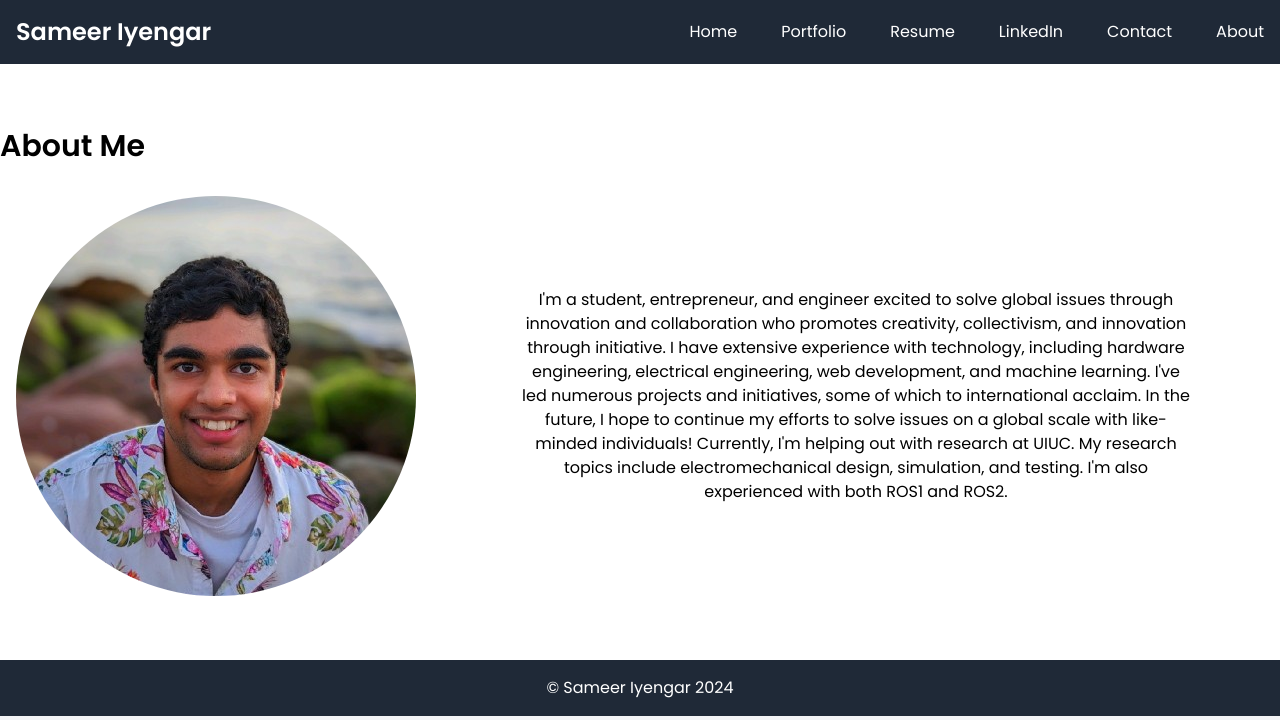
Repository: siyengar04/siyengar04.github.io
Page: about.html
The author's editor kept a copy of each file at every save. The page is drawn from the files as they stood at one save, then again after the next save.
The browser window is 1280 px wide. The pictures show the whole page.
Some web libraries are served in a nearby version.

Above is the page before, as saved 2024-11-01 13:47:37.

### about.html
<!DOCTYPE html>
<html lang="en">

<head>
    <meta charset="UTF-8">
    <meta name="viewport" content="width=device-width, initial-scale=1.0">
    <title>Photography Portfolio</title>
    <script src="https://cdn.tailwindcss.com"></script>
    <link href="/src/output.css" rel="stylesheet">
    <link href="https://fonts.googleapis.com/css2?family=Poppins:wght@300;400;600&display=swap" rel="stylesheet">
    <style>
        body {
            font-family: 'Poppins', sans-serif;
        }
    </style>
</head>

<body class="bg-gray-100">
    <header class="bg-gray-800 text-white py-4">
        <div class="container mx-auto flex justify-between items-center px-4">
            <h1 class="text-2xl font-semibold">Sameer Iyengar</h1>
            <div class="md:hidden">
                <button id="nav-toggle" class="text-white focus:outline-none">
                    <svg xmlns="http://www.w3.org/2000/svg" class="h-6 w-6" fill="none" viewBox="0 0 24 24" stroke="currentColor">
                        <path stroke-linecap="round" stroke-linejoin="round" stroke-width="2" d="M4 6h16M4 12h16m-7 6h7" />
                    </svg>
                </button>
            </div>
            <nav id="nav-menu" class="hidden md:flex md:space-x-6">
                <ul class="flex flex-col md:flex-row space-y-4 md:space-y-0 md:space-x-6">
                    <li><a href="index.html" class="hover:text-gray-400">Home</a></li>
                    <li><a href="/portfolio.html" class="hover:text-gray-400">Portfolio</a></li>
                    <li><a href="/resume.html" class="hover:text-gray-400">Resume</a></li>
                    <li><a href="https://www.linkedin.com/in/sameer-iyengar/" class="hover:text-gray-400">LinkedIn</a></li>
                    <li><a href="/contact.html" class="hover:text-gray-400">Contact</a></li>
                    <li><a href="/about.html" class="hover:text-gray-400">About</a></li>
                </ul>
            </nav>
        </div>
    </header>
    <section id="about" class="about py-16 bg-white">
        <h2 class="text-3xl font-bold mb-8">About Me</h2>

        <div class="container mx-auto px-4 flex flex-col md:flex-row items-center">
            <img src="/images/profile.jpg" alt="Profile Picture" class="w-100 h-100 rounded-full mb-8 md:mb-0 md:mr-8">
            <div class="text-center md:text-left md:flex-1">
                <p class="text-center max-w-2xl mx-auto">I'm a student, entrepreneur, and engineer excited to solve global issues through innovation and collaboration who promotes creativity, collectivism, and innovation through initiative. I have extensive experience with technology, including hardware engineering, electrical engineering, web development, and machine learning. I've led numerous projects and initiatives, some of which to international acclaim. In the future, I hope to continue my efforts to solve issues on a global scale with like-minded individuals! Currently, I'm helping out with research at UIUC. My research topics include electromechanical design, simulation, and testing. I'm also experienced with both ROS1 and ROS2. </p>
            </div>
        </div>
    </section>


    <footer class="bg-gray-800 text-white text-center py-4">
        <div class="container mx-auto">
            <p>&copy; Sameer Iyengar 2024</p>
        </div>
    </footer>

    <script>
        const navToggle = document.getElementById('nav-toggle');
        const navMenu = document.getElementById('nav-menu');

        navToggle.addEventListener('click', () => {
            navMenu.classList.toggle('hidden');
        });
    </script>
</body>

</html>

### src/output.css
*, ::before, ::after {
  --tw-border-spacing-x: 0;
  --tw-border-spacing-y: 0;
  --tw-translate-x: 0;
  --tw-translate-y: 0;
  --tw-rotate: 0;
  --tw-skew-x: 0;
  --tw-skew-y: 0;
  --tw-scale-x: 1;
  --tw-scale-y: 1;
  --tw-pan-x:  ;
  --tw-pan-y:  ;
  --tw-pinch-zoom:  ;
  --tw-scroll-snap-strictness: proximity;
  --tw-gradient-from-position:  ;
  --tw-gradient-via-position:  ;
  --tw-gradient-to-position:  ;
  --tw-ordinal:  ;
  --tw-slashed-zero:  ;
  --tw-numeric-figure:  ;
  --tw-numeric-spacing:  ;
  --tw-numeric-fraction:  ;
  --tw-ring-inset:  ;
  --tw-ring-offset-width: 0px;
  --tw-ring-offset-color: #fff;
  --tw-ring-color: rgb(59 130 246 / 0.5);
  --tw-ring-offset-shadow: 0 0 #0000;
  --tw-ring-shadow: 0 0 #0000;
  --tw-shadow: 0 0 #0000;
  --tw-shadow-colored: 0 0 #0000;
  --tw-blur:  ;
  --tw-brightness:  ;
  --tw-contrast:  ;
  --tw-grayscale:  ;
  --tw-hue-rotate:  ;
  --tw-invert:  ;
  --tw-saturate:  ;
  --tw-sepia:  ;
  --tw-drop-shadow:  ;
  --tw-backdrop-blur:  ;
  --tw-backdrop-brightness:  ;
  --tw-backdrop-contrast:  ;
  --tw-backdrop-grayscale:  ;
  --tw-backdrop-hue-rotate:  ;
  --tw-backdrop-invert:  ;
  --tw-backdrop-opacity:  ;
  --tw-backdrop-saturate:  ;
  --tw-backdrop-sepia:  ;
  --tw-contain-size:  ;
  --tw-contain-layout:  ;
  --tw-contain-paint:  ;
  --tw-contain-style:  ;
}

::backdrop {
  --tw-border-spacing-x: 0;
  --tw-border-spacing-y: 0;
  --tw-translate-x: 0;
  --tw-translate-y: 0;
  --tw-rotate: 0;
  --tw-skew-x: 0;
  --tw-skew-y: 0;
  --tw-scale-x: 1;
  --tw-scale-y: 1;
  --tw-pan-x:  ;
  --tw-pan-y:  ;
  --tw-pinch-zoom:  ;
  --tw-scroll-snap-strictness: proximity;
  --tw-gradient-from-position:  ;
  --tw-gradient-via-position:  ;
  --tw-gradient-to-position:  ;
  --tw-ordinal:  ;
  --tw-slashed-zero:  ;
  --tw-numeric-figure:  ;
  --tw-numeric-spacing:  ;
  --tw-numeric-fraction:  ;
  --tw-ring-inset:  ;
  --tw-ring-offset-width: 0px;
  --tw-ring-offset-color: #fff;
  --tw-ring-color: rgb(59 130 246 / 0.5);
  --tw-ring-offset-shadow: 0 0 #0000;
  --tw-ring-shadow: 0 0 #0000;
  --tw-shadow: 0 0 #0000;
  --tw-shadow-colored: 0 0 #0000;
  --tw-blur:  ;
  --tw-brightness:  ;
  --tw-contrast:  ;
  --tw-grayscale:  ;
  --tw-hue-rotate:  ;
  --tw-invert:  ;
  --tw-saturate:  ;
  --tw-sepia:  ;
  --tw-drop-shadow:  ;
  --tw-backdrop-blur:  ;
  --tw-backdrop-brightness:  ;
  --tw-backdrop-contrast:  ;
  --tw-backdrop-grayscale:  ;
  --tw-backdrop-hue-rotate:  ;
  --tw-backdrop-invert:  ;
  --tw-backdrop-opacity:  ;
  --tw-backdrop-saturate:  ;
  --tw-backdrop-sepia:  ;
  --tw-contain-size:  ;
  --tw-contain-layout:  ;
  --tw-contain-paint:  ;
  --tw-contain-style:  ;
}

/*
! tailwindcss v3.4.14 | MIT License | https://tailwindcss.com
*/

/*
1. Prevent padding and border from affecting element width. (https://github.com/mozdevs/cssremedy/issues/4)
2. Allow adding a border to an element by just adding a border-width. (https://github.com/tailwindcss/tailwindcss/pull/116)
*/

*,
::before,
::after {
  box-sizing: border-box;
  /* 1 */
  border-width: 0;
  /* 2 */
  border-style: solid;
  /* 2 */
  border-color: #e5e7eb;
  /* 2 */
}

::before,
::after {
  --tw-content: '';
}

/*
1. Use a consistent sensible line-height in all browsers.
2. Prevent adjustments of font size after orientation changes in iOS.
3. Use a more readable tab size.
4. Use the user's configured `sans` font-family by default.
5. Use the user's configured `sans` font-feature-settings by default.
6. Use the user's configured `sans` font-variation-settings by default.
7. Disable tap highlights on iOS
*/

html,
:host {
  line-height: 1.5;
  /* 1 */
  -webkit-text-size-adjust: 100%;
  /* 2 */
  -moz-tab-size: 4;
  /* 3 */
  -o-tab-size: 4;
     tab-size: 4;
  /* 3 */
  font-family: ui-sans-serif, system-ui, sans-serif, "Apple Color Emoji", "Segoe UI Emoji", "Segoe UI Symbol", "Noto Color Emoji";
  /* 4 */
  font-feature-settings: normal;
  /* 5 */
  font-variation-settings: normal;
  /* 6 */
  -webkit-tap-highlight-color: transparent;
  /* 7 */
}

/*
1. Remove the margin in all browsers.
2. Inherit line-height from `html` so users can set them as a class directly on the `html` element.
*/

body {
  margin: 0;
  /* 1 */
  line-height: inherit;
  /* 2 */
}

/*
1. Add the correct height in Firefox.
2. Correct the inheritance of border color in Firefox. (https://bugzilla.mozilla.org/show_bug.cgi?id=190655)
3. Ensure horizontal rules are visible by default.
*/

hr {
  height: 0;
  /* 1 */
  color: inherit;
  /* 2 */
  border-top-width: 1px;
  /* 3 */
}

/*
Add the correct text decoration in Chrome, Edge, and Safari.
*/

abbr:where([title]) {
  -webkit-text-decoration: underline dotted;
          text-decoration: underline dotted;
}

/*
Remove the default font size and weight for headings.
*/

h1,
h2,
h3,
h4,
h5,
h6 {
  font-size: inherit;
  font-weight: inherit;
}

/*
Reset links to optimize for opt-in styling instead of opt-out.
*/

a {
  color: inherit;
  text-decoration: inherit;
}

/*
Add the correct font weight in Edge and Safari.
*/

b,
strong {
  font-weight: bolder;
}

/*
1. Use the user's configured `mono` font-family by default.
2. Use the user's configured `mono` font-feature-settings by default.
3. Use the user's configured `mono` font-variation-settings by default.
4. Correct the odd `em` font sizing in all browsers.
*/

code,
kbd,
samp,
pre {
  font-family: ui-monospace, SFMono-Regular, Menlo, Monaco, Consolas, "Liberation Mono", "Courier New", monospace;
  /* 1 */
  font-feature-settings: normal;
  /* 2 */
  font-variation-settings: normal;
  /* 3 */
  font-size: 1em;
  /* 4 */
}

/*
Add the correct font size in all browsers.
*/

small {
  font-size: 80%;
}

/*
Prevent `sub` and `sup` elements from affecting the line height in all browsers.
*/

sub,
sup {
  font-size: 75%;
  line-height: 0;
  position: relative;
  vertical-align: baseline;
}

sub {
  bottom: -0.25em;
}

sup {
  top: -0.5em;
}

/*
1. Remove text indentation from table contents in Chrome and Safari. (https://bugs.chromium.org/p/chromium/issues/detail?id=999088, https://bugs.webkit.org/show_bug.cgi?id=201297)
2. Correct table border color inheritance in all Chrome and Safari. (https://bugs.chromium.org/p/chromium/issues/detail?id=935729, https://bugs.webkit.org/show_bug.cgi?id=195016)
3. Remove gaps between table borders by default.
*/

table {
  text-indent: 0;
  /* 1 */
  border-color: inherit;
  /* 2 */
  border-collapse: collapse;
  /* 3 */
}

/*
1. Change the font styles in all browsers.
2. Remove the margin in Firefox and Safari.
3. Remove default padding in all browsers.
*/

button,
input,
optgroup,
select,
textarea {
  font-family: inherit;
  /* 1 */
  font-feature-settings: inherit;
  /* 1 */
  font-variation-settings: inherit;
  /* 1 */
  font-size: 100%;
  /* 1 */
  font-weight: inherit;
  /* 1 */
  line-height: inherit;
  /* 1 */
  letter-spacing: inherit;
  /* 1 */
  color: inherit;
  /* 1 */
  margin: 0;
  /* 2 */
  padding: 0;
  /* 3 */
}

/*
Remove the inheritance of text transform in Edge and Firefox.
*/

button,
select {
  text-transform: none;
}

/*
1. Correct the inability to style clickable types in iOS and Safari.
2. Remove default button styles.
*/

button,
input:where([type='button']),
input:where([type='reset']),
input:where([type='submit']) {
  -webkit-appearance: button;
  /* 1 */
  background-color: transparent;
  /* 2 */
  background-image: none;
  /* 2 */
}

/*
Use the modern Firefox focus style for all focusable elements.
*/

:-moz-focusring {
  outline: auto;
}

/*
Remove the additional `:invalid` styles in Firefox. (https://github.com/mozilla/gecko-dev/blob/2f9eacd9d3d995c937b4251a5557d95d494c9be1/layout/style/res/forms.css#L728-L737)
*/

:-moz-ui-invalid {
  box-shadow: none;
}

/*
Add the correct vertical alignment in Chrome and Firefox.
*/

progress {
  vertical-align: baseline;
}

/*
Correct the cursor style of increment and decrement buttons in Safari.
*/

::-webkit-inner-spin-button,
::-webkit-outer-spin-button {
  height: auto;
}

/*
1. Correct the odd appearance in Chrome and Safari.
2. Correct the outline style in Safari.
*/

[type='search'] {
  -webkit-appearance: textfield;
  /* 1 */
  outline-offset: -2px;
  /* 2 */
}

/*
Remove the inner padding in Chrome and Safari on macOS.
*/

::-webkit-search-decoration {
  -webkit-appearance: none;
}

/*
1. Correct the inability to style clickable types in iOS and Safari.
2. Change font properties to `inherit` in Safari.
*/

::-webkit-file-upload-button {
  -webkit-appearance: button;
  /* 1 */
  font: inherit;
  /* 2 */
}

/*
Add the correct display in Chrome and Safari.
*/

summary {
  display: list-item;
}

/*
Removes the default spacing and border for appropriate elements.
*/

blockquote,
dl,
dd,
h1,
h2,
h3,
h4,
h5,
h6,
hr,
figure,
p,
pre {
  margin: 0;
}

fieldset {
  margin: 0;
  padding: 0;
}

legend {
  padding: 0;
}

ol,
ul,
menu {
  list-style: none;
  margin: 0;
  padding: 0;
}

/*
Reset default styling for dialogs.
*/

dialog {
  padding: 0;
}

/*
Prevent resizing textareas horizontally by default.
*/

textarea {
  resize: vertical;
}

/*
1. Reset the default placeholder opacity in Firefox. (https://github.com/tailwindlabs/tailwindcss/issues/3300)
2. Set the default placeholder color to the user's configured gray 400 color.
*/

input::-moz-placeholder, textarea::-moz-placeholder {
  opacity: 1;
  /* 1 */
  color: #9ca3af;
  /* 2 */
}

input::placeholder,
textarea::placeholder {
  opacity: 1;
  /* 1 */
  color: #9ca3af;
  /* 2 */
}

/*
Set the default cursor for buttons.
*/

button,
[role="button"] {
  cursor: pointer;
}

/*
Make sure disabled buttons don't get the pointer cursor.
*/

:disabled {
  cursor: default;
}

/*
1. Make replaced elements `display: block` by default. (https://github.com/mozdevs/cssremedy/issues/14)
2. Add `vertical-align: middle` to align replaced elements more sensibly by default. (https://github.com/jensimmons/cssremedy/issues/14#issuecomment-634934210)
   This can trigger a poorly considered lint error in some tools but is included by design.
*/

img,
svg,
video,
canvas,
audio,
iframe,
embed,
object {
  display: block;
  /* 1 */
  vertical-align: middle;
  /* 2 */
}

/*
Constrain images and videos to the parent width and preserve their intrinsic aspect ratio. (https://github.com/mozdevs/cssremedy/issues/14)
*/

img,
video {
  max-width: 100%;
  height: auto;
}

/* Make elements with the HTML hidden attribute stay hidden by default */

[hidden]:where(:not([hidden="until-found"])) {
  display: none;
}

body {
  font-family: 'Poppins', sans-serif;
  margin: 0;
  padding: 0;
  box-sizing: border-box;
}

header {
  background-color: #333;
  padding: 20px 0;
  color: #fff;
}

header nav ul {
  display: flex;
  list-style-type: none;
  gap: 20px;
}

header nav ul li a {
  color: #fff;
  text-decoration: none;
}

.hero {
  background: url('images/hero.jpg') no-repeat center center/cover;
  height: 80vh;
  display: flex;
  align-items: center;
  justify-content: center;
  color: #fff;
  text-align: center;
}

.portfolio {
  padding: 40px 0;
}

.gallery {
  display: grid;
  grid-template-columns: repeat(auto-fit, minmax(200px, 1fr));
  gap: 20px;
}

.gallery img {
  width: 100%;
  height: auto;
}

.contact-btn {
  background-color: #333;
  color: #fff;
  padding: 10px 20px;
  text-decoration: none;
  border-radius: 5px;
}

footer {
  background-color: #333;
  color: #fff;
  text-align: center;
  padding: 10px 0;
}

After the next save:
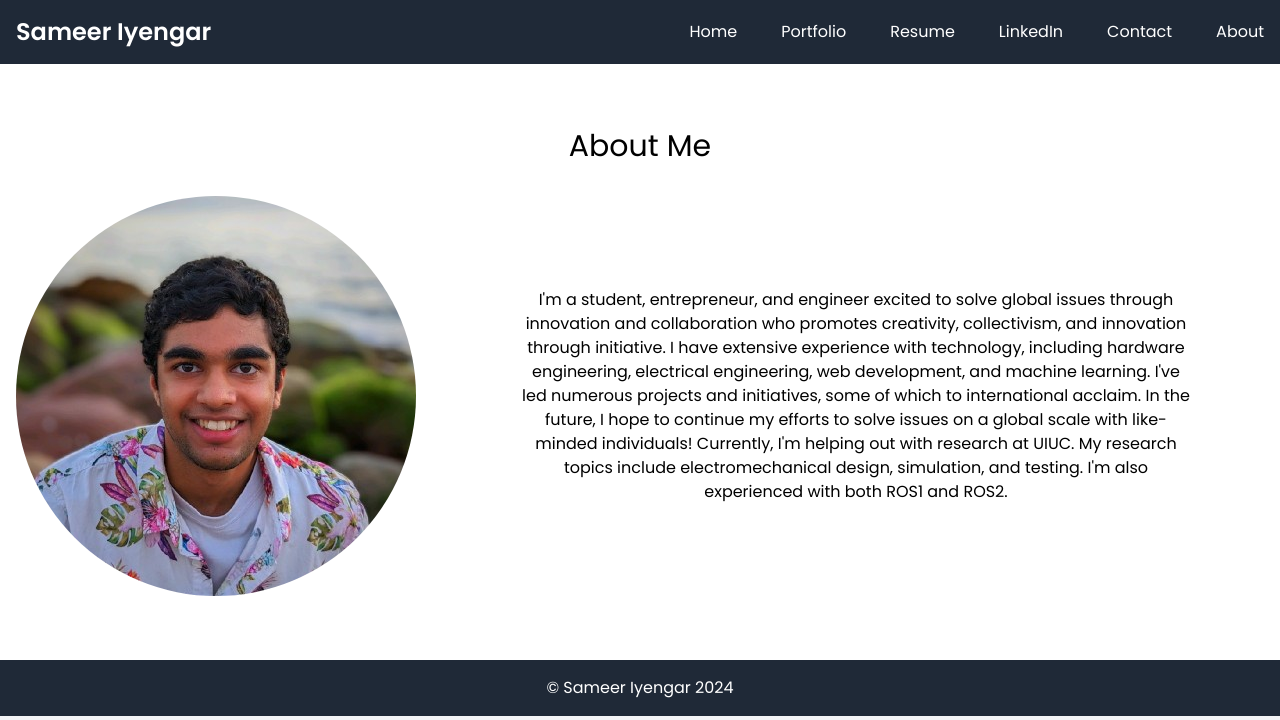
Saved 27 s later.
--- a/about.html
+++ b/about.html
@@ -39,7 +39,7 @@
         </div>
     </header>
     <section id="about" class="about py-16 bg-white">
-        <h2 class="text-3xl font-bold mb-8">About Me</h2>
+        <h2 class="text-3xl text-center mb-8">About Me</h2>
 
         <div class="container mx-auto px-4 flex flex-col md:flex-row items-center">
             <img src="/images/profile.jpg" alt="Profile Picture" class="w-100 h-100 rounded-full mb-8 md:mb-0 md:mr-8">
